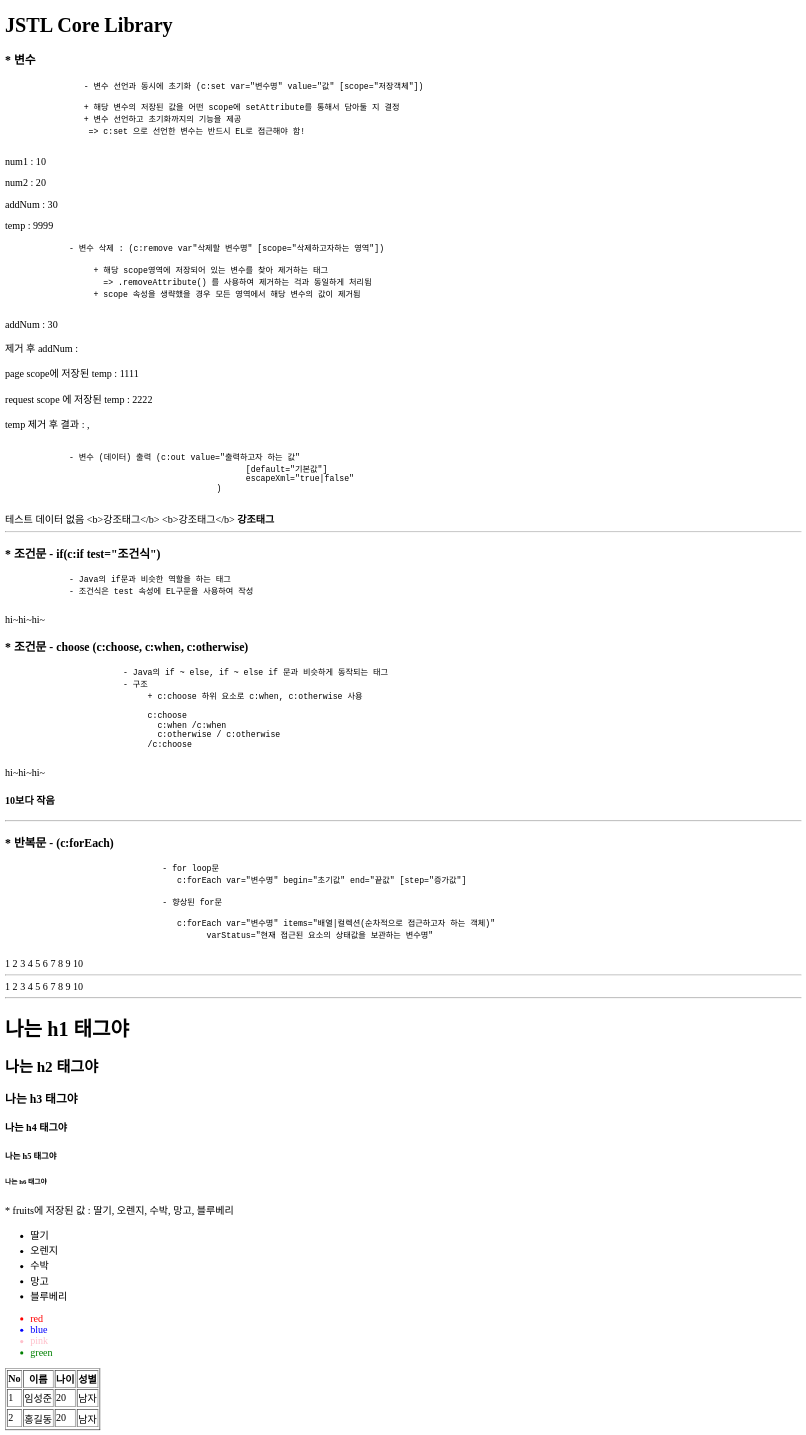
Repository: kkh1396/kh_front
Page: http://localhost/2_jsp/views/4_CustomAction/2_core.jsp
These files come from the project's save history. The page is drawn as it stood at one moment and after the next save; the edit follows.
The browser window is 1280 px wide. The pictures show the whole page, at 63% of full size.
The page is served by Tomcat 9. Nobody is signed in. The application's start-up code is not run.

Above is the page before, as saved 2025-03-21 06:03:46.

After the next save:
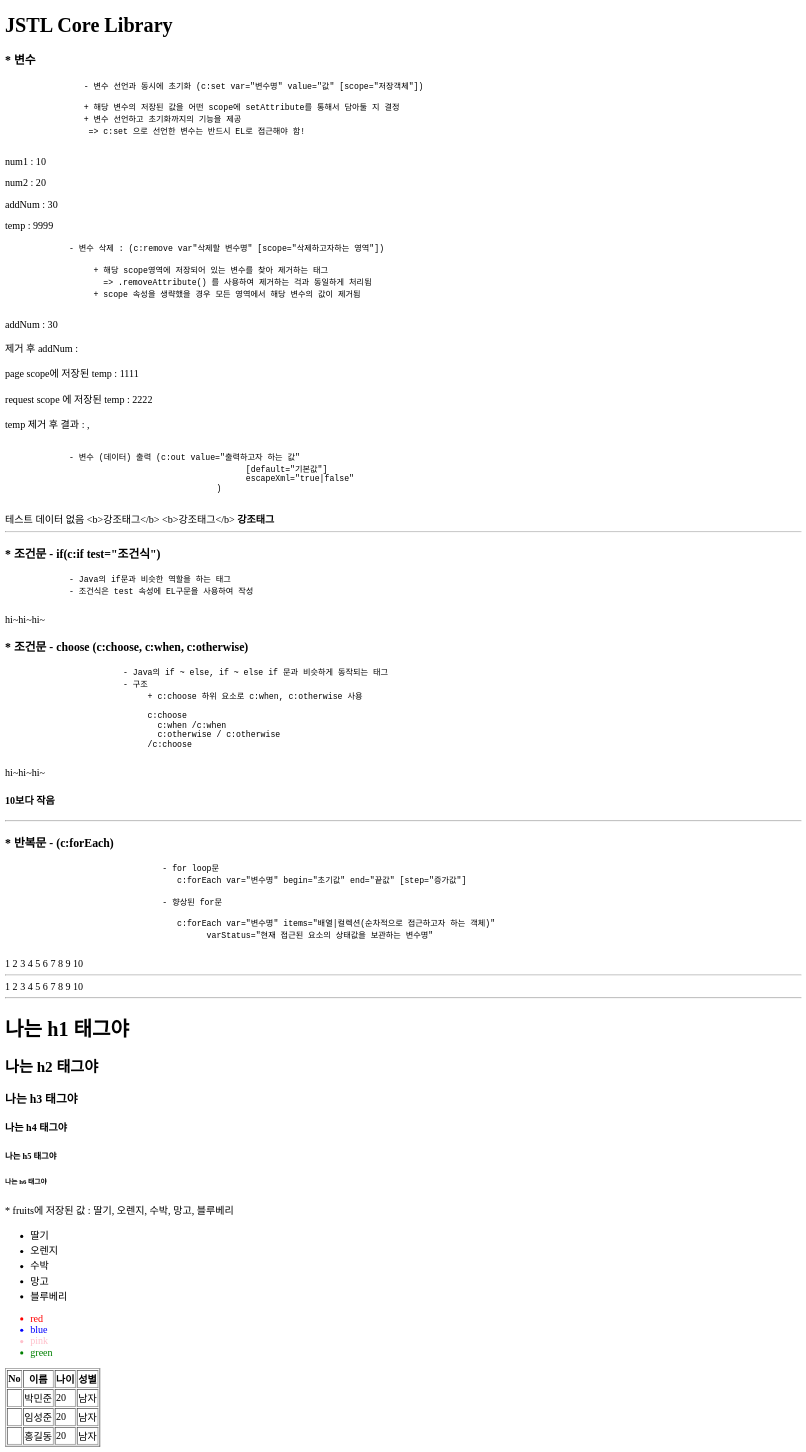
Saved 15 s later.
--- a/05_server/2_jsp/src/main/webapp/views/4_CustomAction/2_core.jsp
+++ b/05_server/2_jsp/src/main/webapp/views/4_CustomAction/2_core.jsp
@@ -265,20 +265,6 @@
 					  	       <tr>
 					  	   </c:when>
 
-					  	    <c:when test="${  list != null  }">
-
-					  			<c:forEach var="i" begin="1" end="2">
-						  	       <tr>
-						  	           <td>${ i }</td>
-						  	           <td>${ list.get(i).getName() } </td>
-						  	           <td>${ list.get(i).getAge() } </td>
-						  	           <td>${ list.get(i).getGender() } </td>
-						  	       <tr>
-					  	       </c:forEach>
-					  	   </c:when>
-
-
-
 					  	   <c:otherwise>
 					  	     	<%-- 리스트가 비어있지 않을경우, 제목셀에 맞춰서 내용 출력  --%>
 					  	     	<c:forEach var="s" items="${ list }">
